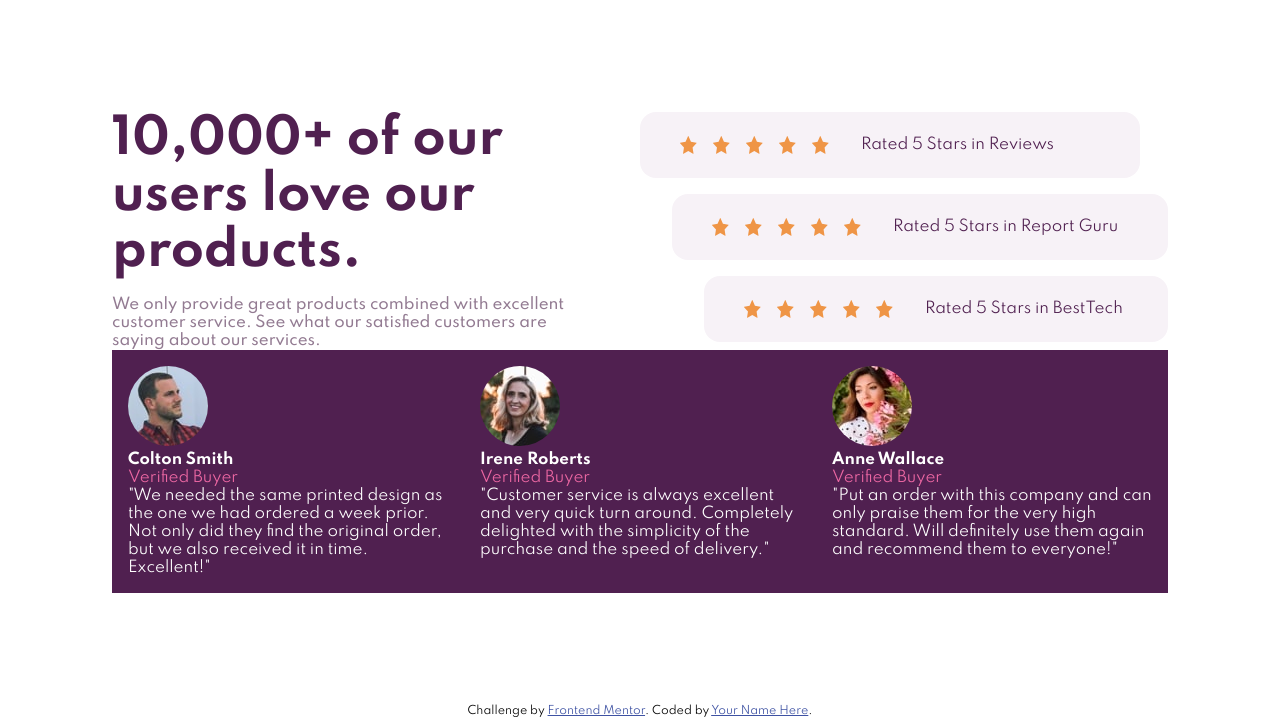
Repository: Pedrohamoura-Git/Frontend-Mentor-Challenges
Page: Newbie/social-proof-section-master/index.html
An editor plug-in stored every save of this project. The page is shown before and after the next save, followed by the edit.
The browser window is 1280 px wide. The pictures show the whole page.

Above is the page before, as saved 2021-05-30 12:31:03.

After the next save:
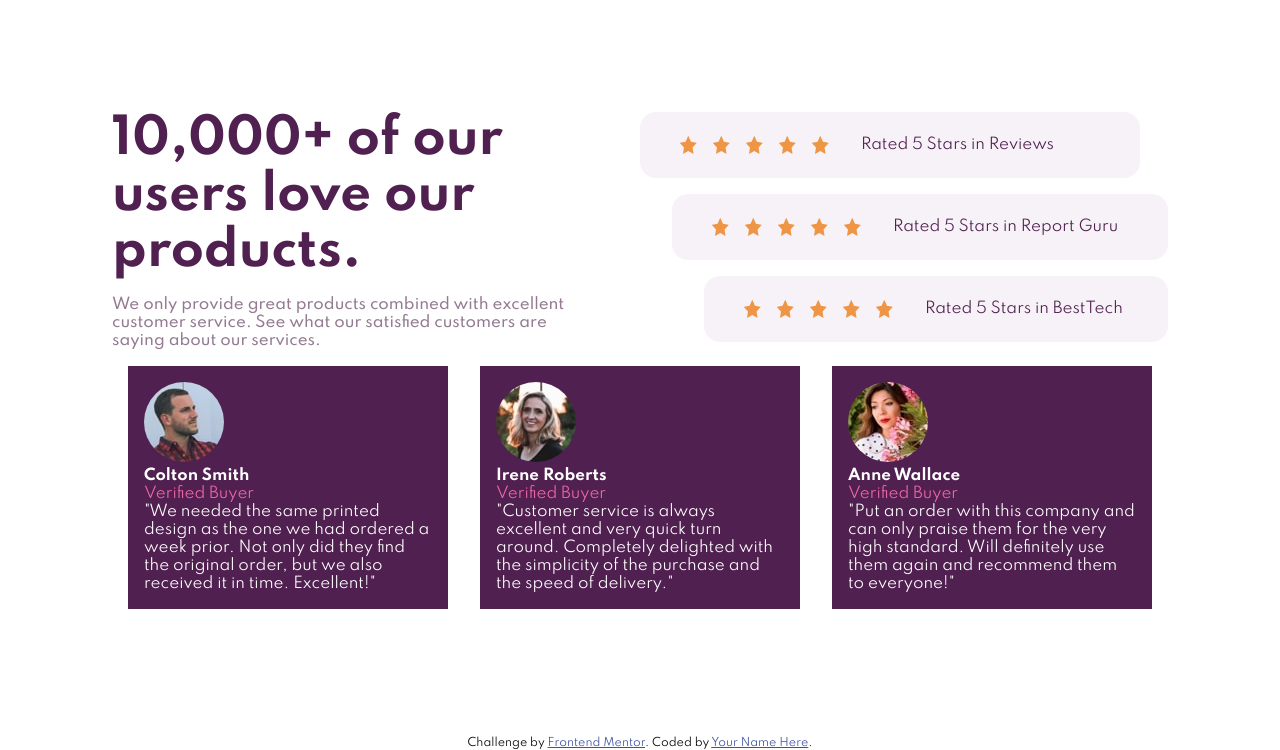
Saved 1 s later.
--- a/Newbie/social-proof-section-master/css/style.css
+++ b/Newbie/social-proof-section-master/css/style.css
@@ -141,7 +141,7 @@
         }
 
         #section-d, #section-e, #section-f {
-            margin: 1;
+            margin: 1rem;
             padding: 1rem;
 
         }
